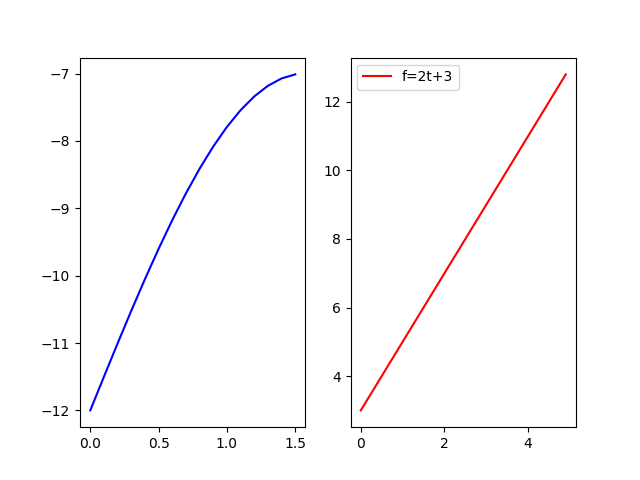
Repository: virangaj/python_labsheets
Script's output: python Tutorial_2/ex3.py
The author's editor kept a copy of each file at every save. The script's output is drawn from the files as they stood at one save, then again after the next save.
Random numbers start from a fixed seed.

Above is the script's output before, as saved 2022-07-03 23:09:36.

### Tutorial_2/ex3.py
import math
import matplotlib.pyplot as plt
import numpy as np

def create_graph():
    x = np.arange(0, math.pi/2, 0.1)



    y = np.sin(x) * 5 - 12
    plt.subplot(1,2,1)
    plt.plot(x,y, color='b', label='y=5sin(x)-12')


    t = np.arange(0, 5, 0.1)

    f = 2*t+3
    plt.subplot(1,2,2)

    plt.plot(t,f, color='r', label='f=2t+3')
    plt.legend()
    plt.show()
create_graph()

After the next save:
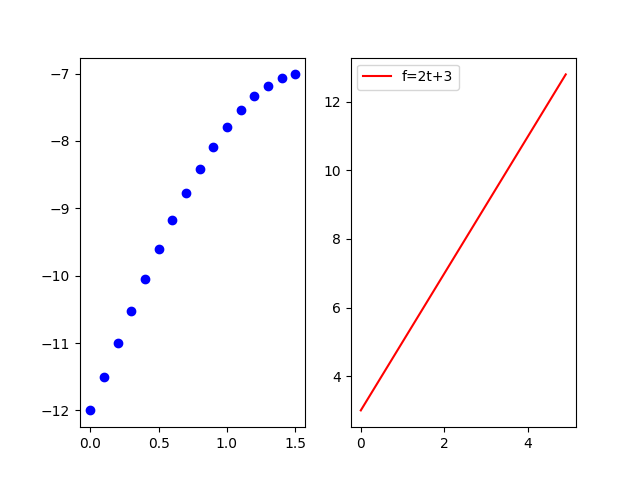
Saved 41 s later.
--- a/Tutorial_2/ex3.py
+++ b/Tutorial_2/ex3.py
@@ -9,7 +9,7 @@ def create_graph():
 
     y = np.sin(x) * 5 - 12
     plt.subplot(1,2,1)
-    plt.plot(x,y, color='b', label='y=5sin(x)-12')
+    plt.plot(x,y, 'bo', label='y=5sin(x)-12')
 
 
     t = np.arange(0, 5, 0.1)
